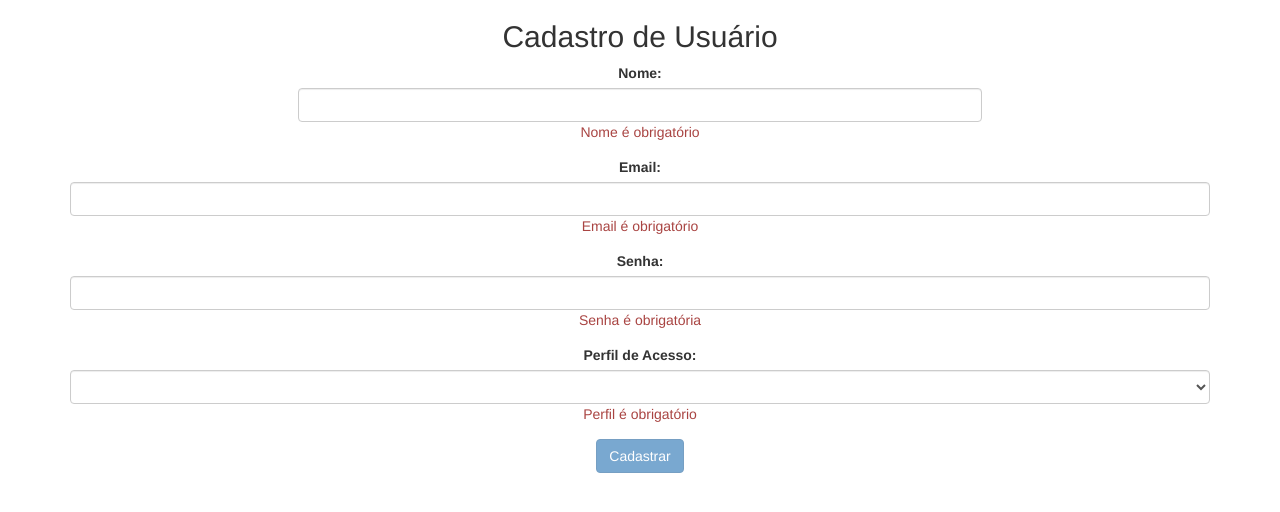
Repository: AndersonSchinemann/ProjetoSaas
Page: TopData/src/main/resources/static/views/cadastro.html
These files come from the project's save history. The page is drawn as it stood at one moment and after the next save; the edit follows.
The browser window is 1280 px wide. The pictures show the whole page.

Above is the page before, as saved 2023-11-13 15:12:46.

After the next save:
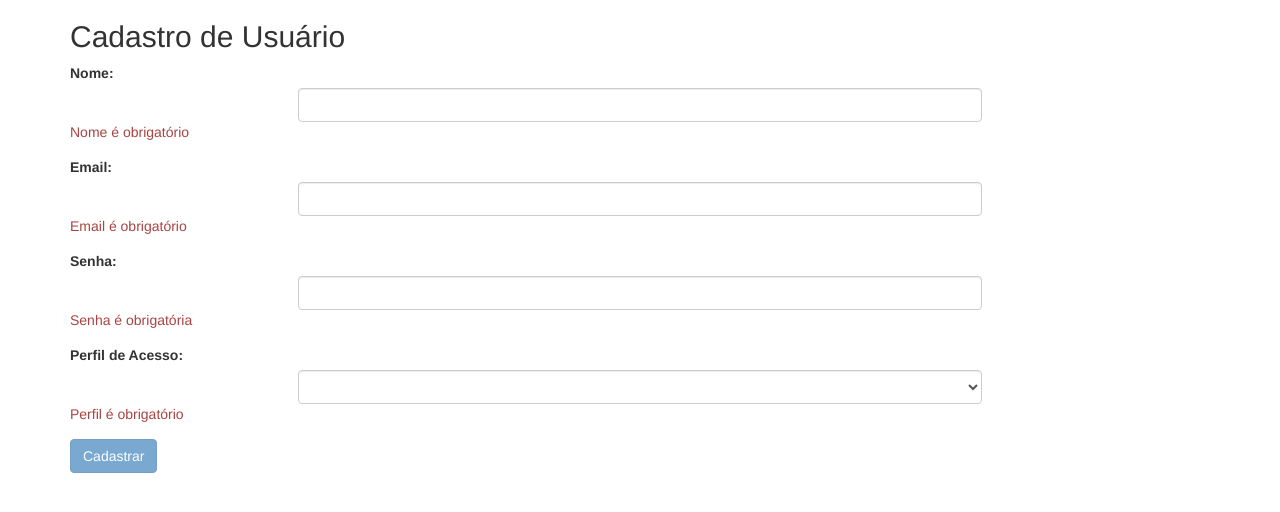
Saved 36 s later.
--- a/TopData/src/main/resources/static/views/cadastro.html
+++ b/TopData/src/main/resources/static/views/cadastro.html
@@ -15,7 +15,7 @@
 <!-- Seus scripts Angular -->
 <script src="js/controllerCad.js"></script>
 
-<div class="container text-center" ng-app="CadastroApp" ng-controller="CadastroController">
+<div class="container text-left" ng-app="CadastroApp" ng-controller="CadastroController">
   <h2>Cadastro de Usuário</h2>
 
   <form name="formulario" ng-app>
@@ -27,20 +27,20 @@
 
     <div class="form-group">
       <label for="email">Email:</label>
-      <input type="email" class="form-control" id="email" ng-model="usuario.email" name="email" required>
+      <input type="email" class="form-control custom-width-input" id="email" ng-model="usuario.email" name="email" required>
       <span ng-class="{'text-danger': formulario.email.$error.required}" ng-show="formulario.email.$error.required">Email é obrigatório</span>
       <span ng-class="{'text-danger': formulario.email.$error.email}" ng-show="formulario.email.$error.email">E-mail inválido</span>
     </div>
 
     <div class="form-group">
       <label for="senha">Senha:</label>
-      <input type="password" class="form-control" id="senha" ng-model="usuario.senha" name="senha" required>
+      <input type="password" class="form-control custom-width-input" id="senha" ng-model="usuario.senha" name="senha" required>
       <span ng-class="{'text-danger': formulario.senha.$error.required}" ng-show="formulario.senha.$error.required">Senha é obrigatória</span>
     </div>
 
     <div class="form-group">
       <label for="perfil">Perfil de Acesso:</label>
-      <select class="form-control" id="perfil" ng-model="usuario.perfil" name="perfil" required>
+      <select class="form-control custom-width-input" id="perfil" ng-model="usuario.perfil" name="perfil" required>
         <option value="admin">Admin</option>
         <option value="usuario">Usuário</option>
       </select>
